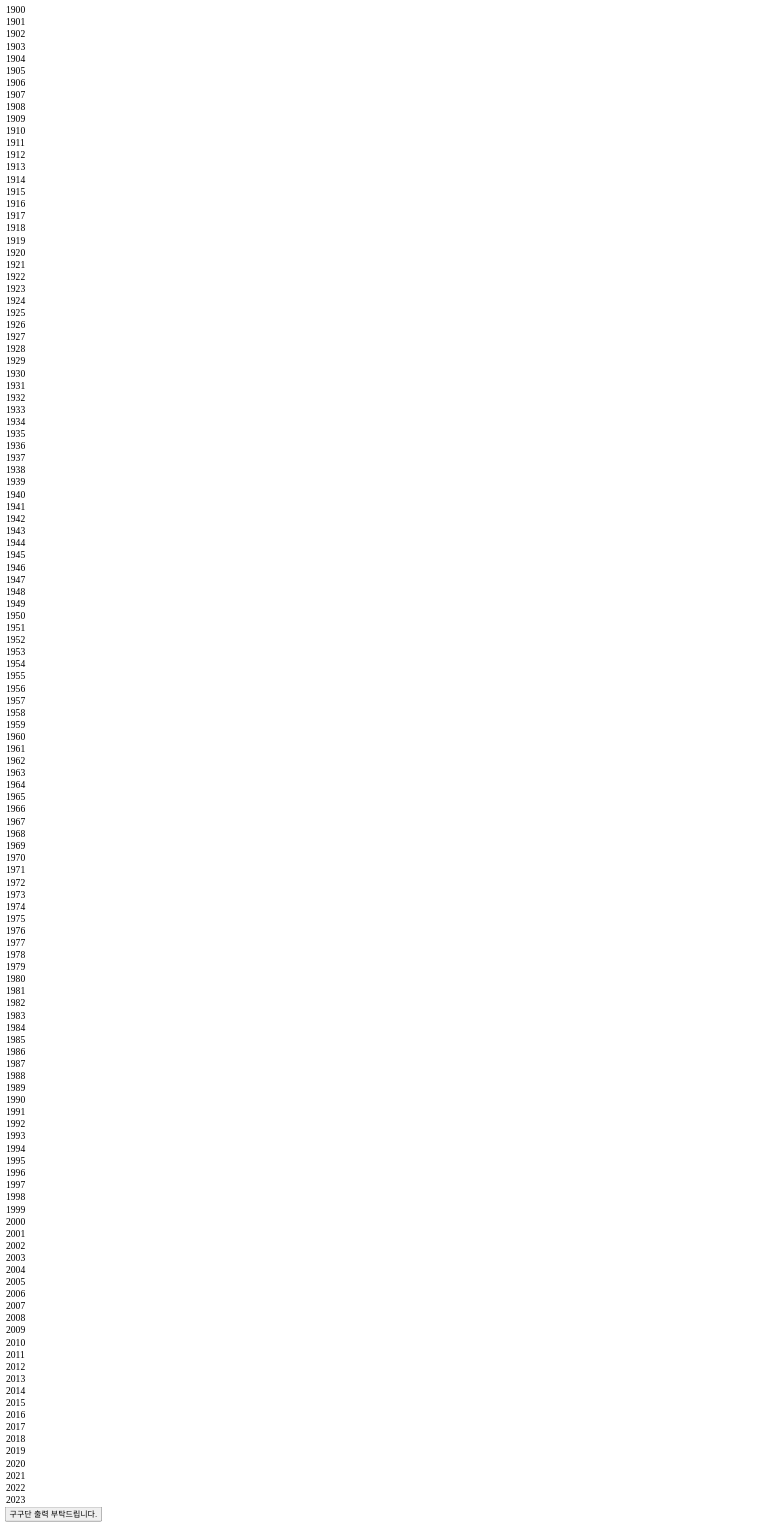
Repository: jinyoung9703/jsp-launch
Page: http://localhost/jsp01/gugudanSelect.jsp
The author's editor kept a copy of each file at every save. The page is drawn from the files as they stood at one save, then again after the next save.
The browser window is 1280 px wide. The pictures show the whole page, at 60% of full size.
The page is served by Tomcat 9. Other server files are loaded and not shown.

Above is the page before, as saved 2023-06-02 07:04:09.

### jsp01/src/main/webapp/gugudanSelect.jsp
<%@ page language="java" contentType="text/html; charset=UTF-8"
    pageEncoding="UTF-8"%>
<!DOCTYPE html>
<html>
<head>
<meta charset="UTF-8">
<title>Insert title here</title>
</head>
<body>
<form action='gugudanResult.jsp'>
<%
for(int i=1900;i<2024;i++){
	out.println("<option value='"+i+"'>"+i+"</option>");
}
%>

				<!-- <select name='dan'>
				<option value='1'>1</option>
				<option value='2'>2</option>
				<option value='3'>3</option>
				<option value='4'>4</option>
				<option value='5'>5</option>
				<option value='6'>6</option>
				<option value='7'>7</option>
				<option value='8'>8</option>
				<option value='9'>9</option> -->

				</select>
				<button>구구단 출력 부탁드립니다.</button>
				 </form>
</body>
</html>

After the next save:
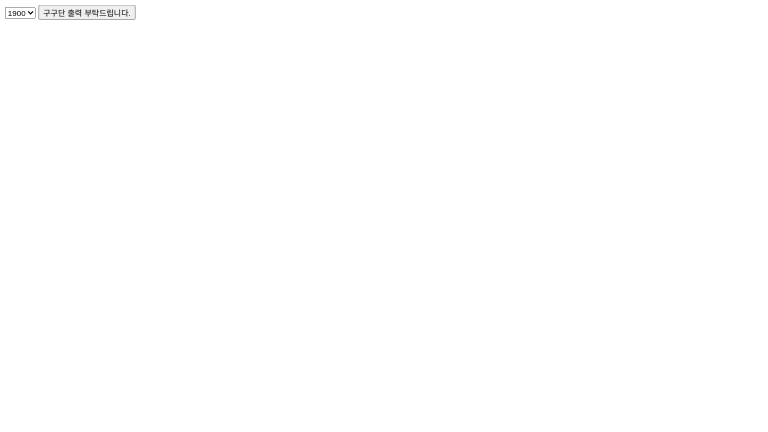
Saved 21 s later.
--- a/jsp01/src/main/webapp/gugudanSelect.jsp
+++ b/jsp01/src/main/webapp/gugudanSelect.jsp
@@ -8,13 +8,14 @@
 </head>
 <body>
 <form action='gugudanResult.jsp'>
+<select name='dan'>
 <%
 for(int i=1900;i<2024;i++){
 	out.println("<option value='"+i+"'>"+i+"</option>");
 }
 %>
 
-				<!-- <select name='dan'>
+				<!--
 				<option value='1'>1</option>
 				<option value='2'>2</option>
 				<option value='3'>3</option>
